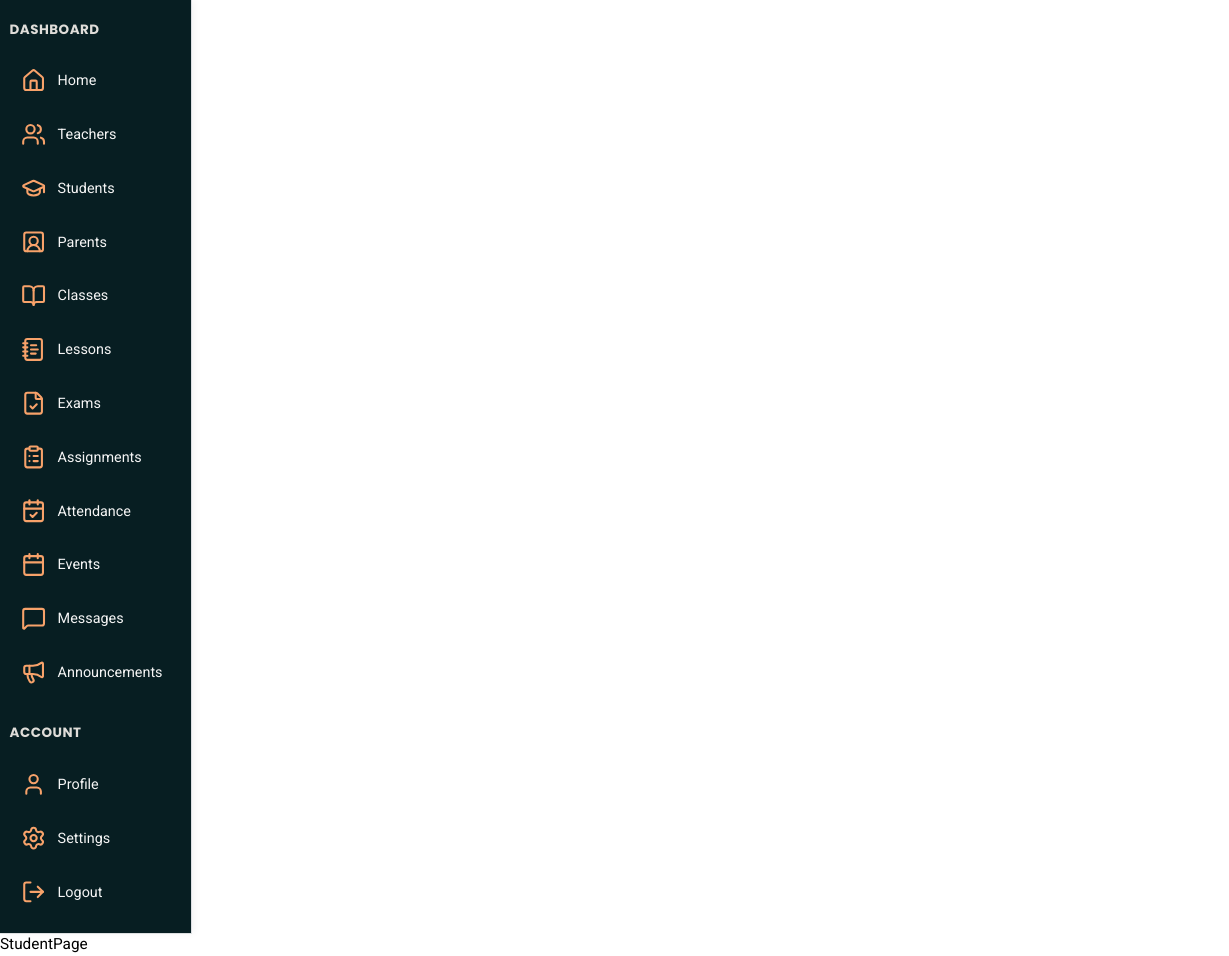
Repository: GlorifiedIntel/student-portal
Page: /student
The author's editor kept a copy of each file at every save. The page is drawn from the files as they stood at one save, then again after the next save.
The browser window is 1280 px wide. The pictures show the whole page, at 96% of full size.
The project was rebuilt for these pictures with package versions that can differ from the ones it lists, and the page was loaded fresh each time. The framework's server and built-in components were replaced by stand-ins that run in the browser. Also part of the build but not shown: next.config.mjs, src/app/(dashboard)/Layout.module.css.

Above is the page before, as saved 2025-08-21 16:20:21.

After the next save:
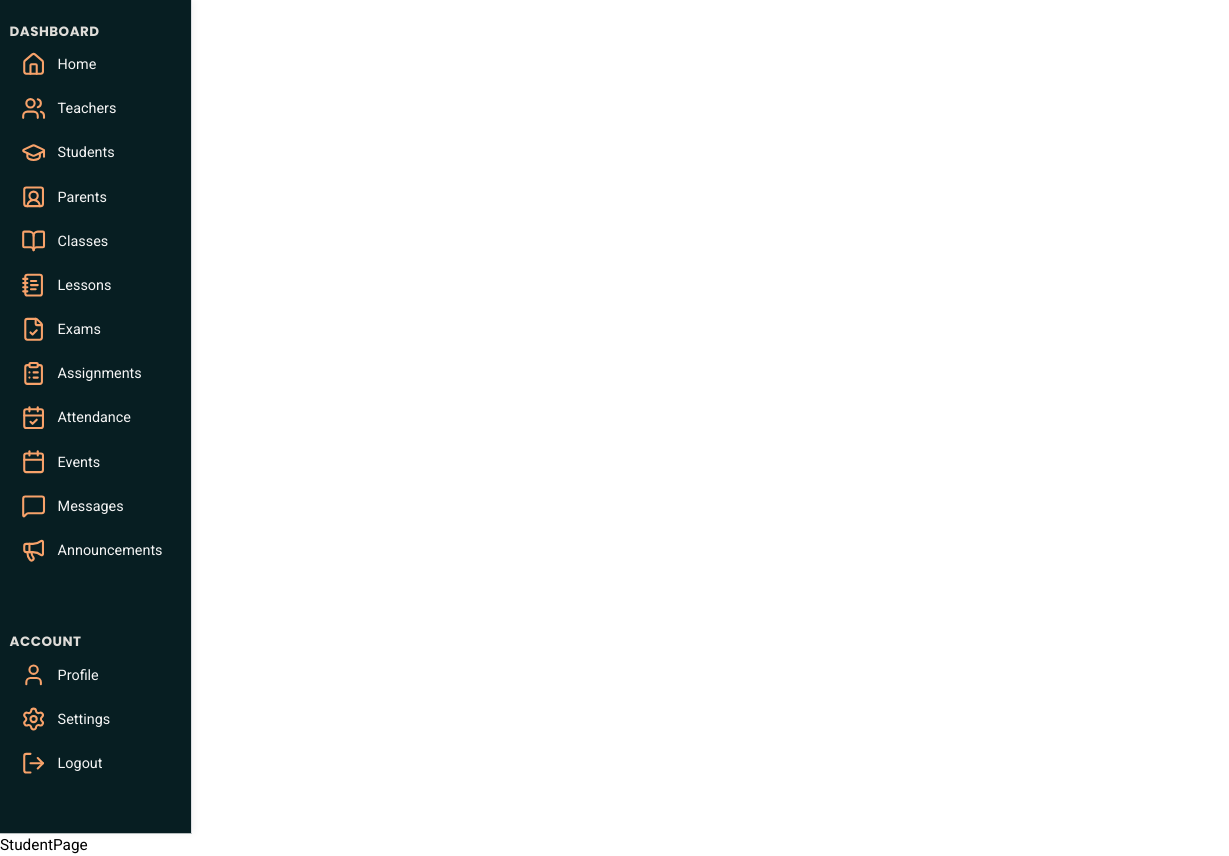
Saved 25 s later.
--- a/src/components/Menu.module.css
+++ b/src/components/Menu.module.css
@@ -12,9 +12,7 @@
 }
 
 .menu-section {
-  display: flex;
-  flex-direction: column;
-  gap: 10px;
+  margin-bottom: 30px;
 }
 
 .menu-title {
